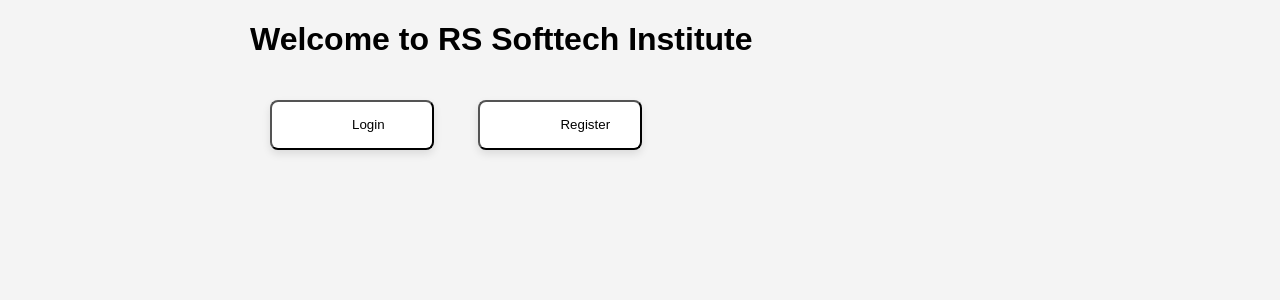
Repository: kkale14/My_allpr
Page: Kalyani1/src/main/webapp/Newpage.html
These files come from the project's save history. The page is drawn as it stood at one moment and after the next save; the edit follows.
The browser window is 1280 px wide. The pictures show the whole page.

Above is the page before, as saved 2025-03-03 08:33:23.

After the next save:
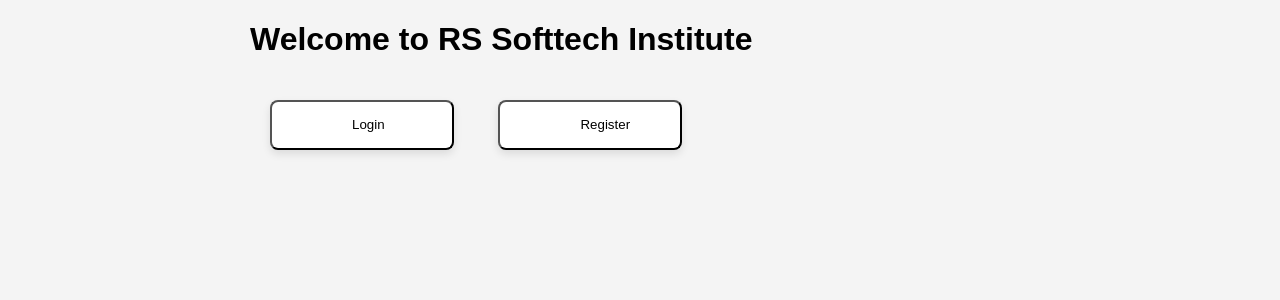
Saved 21 s later.
--- a/Kalyani1/src/main/webapp/Newpage.html
+++ b/Kalyani1/src/main/webapp/Newpage.html
@@ -23,7 +23,7 @@
           text-align:center;
             margin: 20px;
             padding-left: 80px;
-            padding-right:80px;
+            padding-right:100px;
             background-color: white;
             border-radius: 8px;
             box-shadow: 0 4px 8px rgba(0, 0, 0, 0.1);
